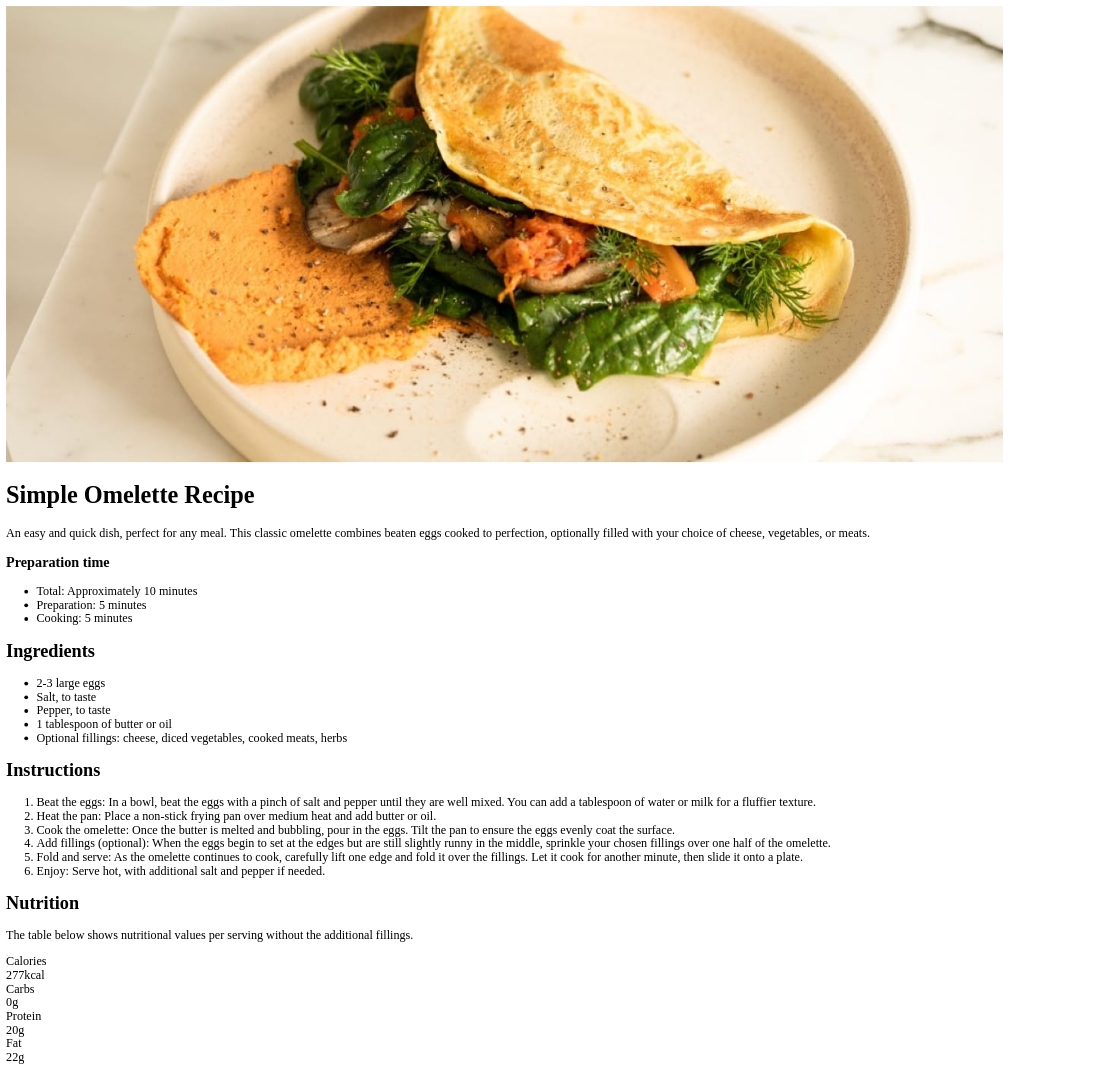
Repository: reemoon-ctrl/mine-recipe-page-main
Page: index1.html
An editor plug-in stored every save of this project. The page is shown before and after a run of saves, followed by the edit.
The browser window is 1280 px wide. The page is 1320 px wide, then 1472 px, so the pictures cover 1472 px, including what lies to the right of the window. The pictures show the whole page, at 76% of full size.

Above is the page before, as saved 2024-08-11 13:37:22.

After the next 5 saves:
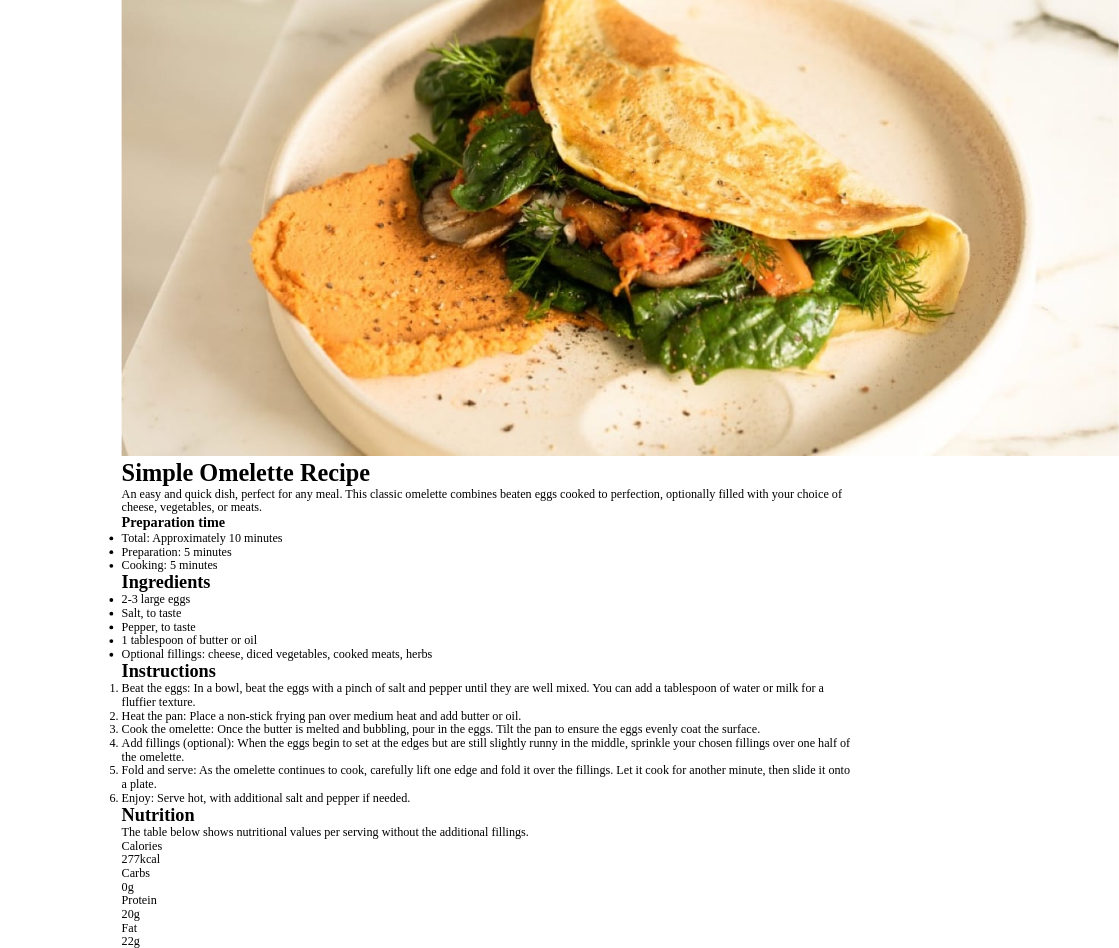
The 5 saves are shown as one change because they came seconds apart.
The last was saved 38 s later.
--- a/index1.html
+++ b/index1.html
@@ -3,6 +3,7 @@
 <head>
     <meta charset="UTF-8">
     <meta name="viewport" content="width=device-width, initial-scale=1.0">
+    <link rel="stylesheet" href="/style.css">
     <title>Document</title>
 </head>
 <body>
